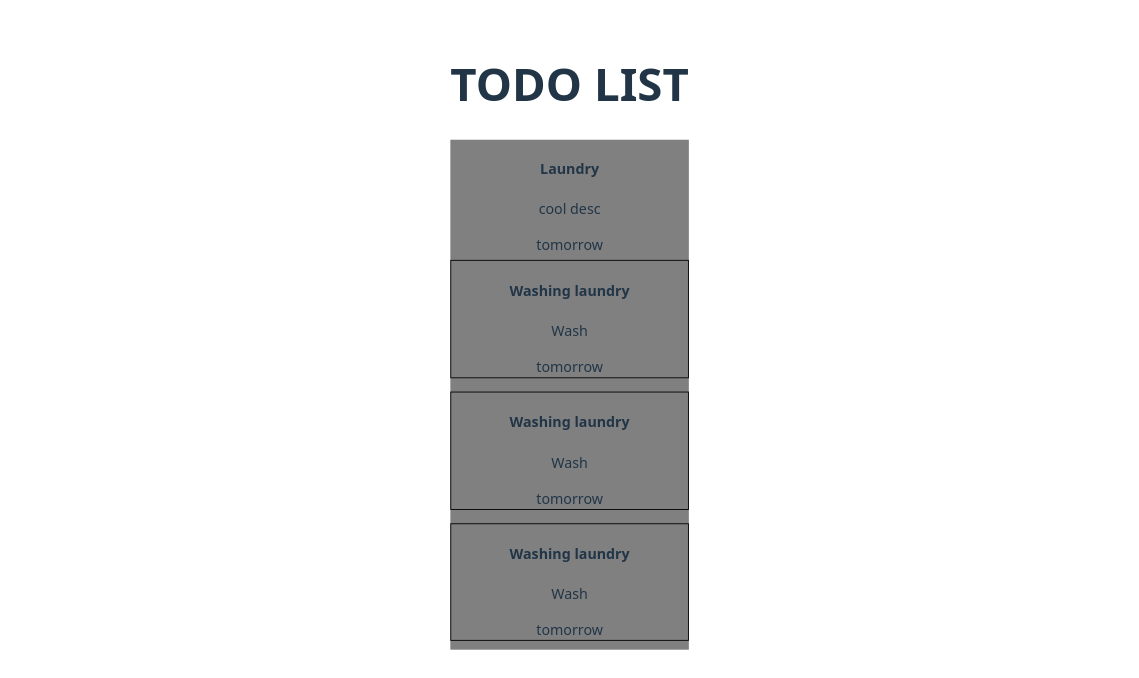
Repository: DISC-NU/workshop-3-activites
Page: /
An editor plug-in stored every save of this project. The page is shown before and after the next save, followed by the edit.
The browser window is 1280 px wide. The pictures show the whole page, at 89% of full size.
The project was rebuilt for these pictures with package versions that can differ from the ones it lists, and the page was loaded fresh each time. Also part of the build but not shown: vite.config.js.

Above is the page before, as saved 2025-10-06 19:23:33.

### src/App.jsx
import './App.css'

function Item({ title, description, deadline }) {
  return(
    <div>
      <h4>{title}</h4>
      <p>{description}</p>
      <span>{deadline}</span>
    </div>
  );
}

function App() {
  return(
    <main style={{ display: 'flex', justifyContent: 'center', flexDirection: 'column' }}>
      <h1>TODO LIST</h1>
      <div style={{ width: '100%', display: 'flex', flexDirection: 'column', gap: 5, backgroundColor: 'gray' }}>
        <Item title='Laundry' description='cool desc' deadline='tomorrow' />
        <div className='task'>
          <h4>Washing laundry</h4>
          <p>Wash</p>
          <span>tomorrow</span>
        </div>
        <div className='task'>
          <h4>Washing laundry</h4>
          <p>Wash</p>
          <span>tomorrow</span>
        </div>
        <div className='task'>
          <h4>Washing laundry</h4>
          <p>Wash</p>
          <span>tomorrow</span>
        </div>
      </div>
    </main>
  );
}

export default App

### src/App.css
#root {
  margin: 0 auto;
  padding: 2rem;
  text-align: center;
}

.task {
  border: 1px solid black;
  margin-bottom: 10px;
}

Loaded but not shown: index.html (common file); src/main.jsx (common file); src/index.css (common file)

After the next save:
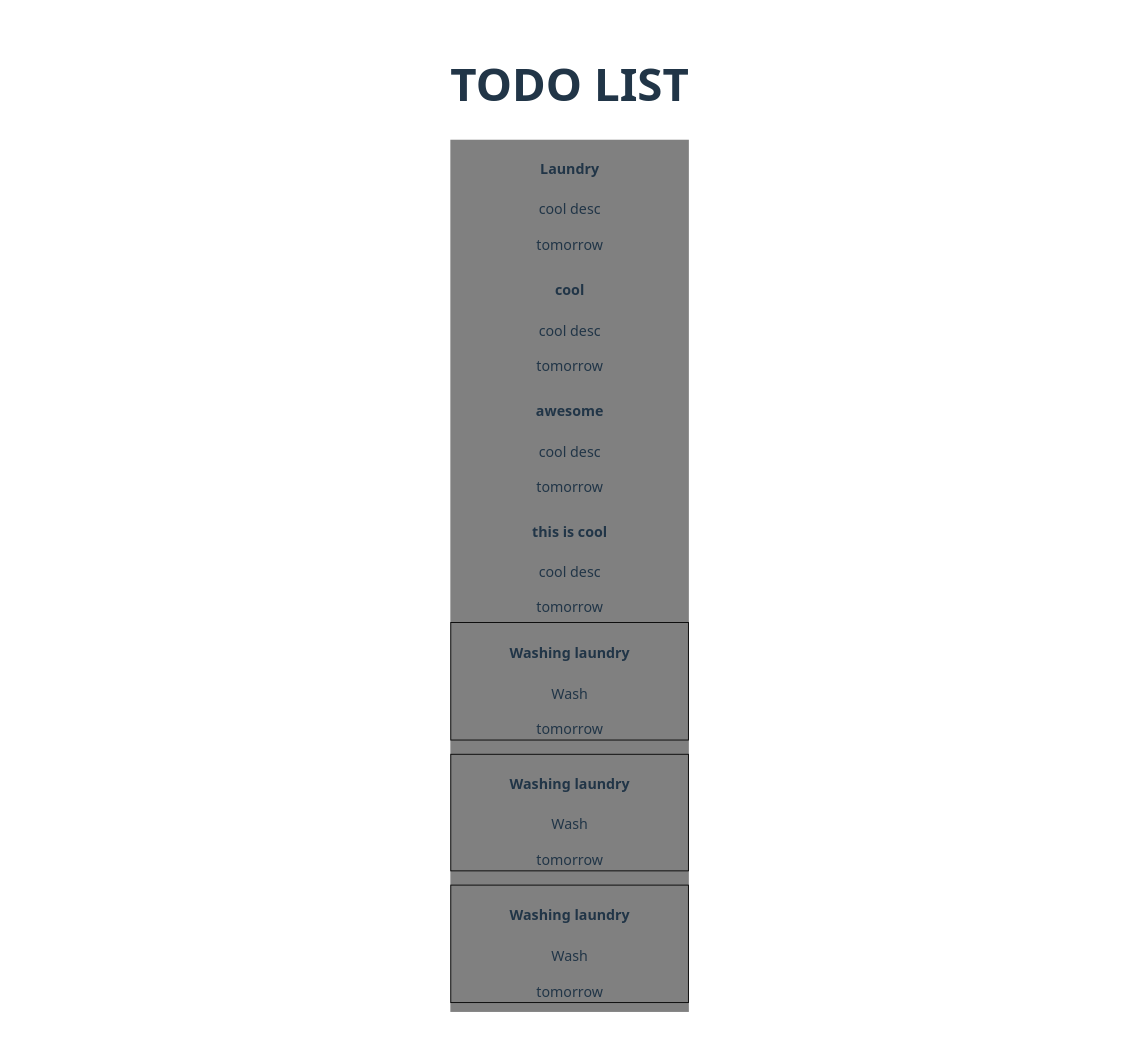
Saved 41 s later.
--- a/src/App.jsx
+++ b/src/App.jsx
@@ -16,6 +16,10 @@ function App() {
       <h1>TODO LIST</h1>
       <div style={{ width: '100%', display: 'flex', flexDirection: 'column', gap: 5, backgroundColor: 'gray' }}>
         <Item title='Laundry' description='cool desc' deadline='tomorrow' />
+        <Item title='cool' description='cool desc' deadline='tomorrow' />
+        <Item title='awesome' description='cool desc' deadline='tomorrow' />
+        <Item title='this is cool' description='cool desc' deadline='tomorrow' />
+
         <div className='task'>
           <h4>Washing laundry</h4>
           <p>Wash</p>
